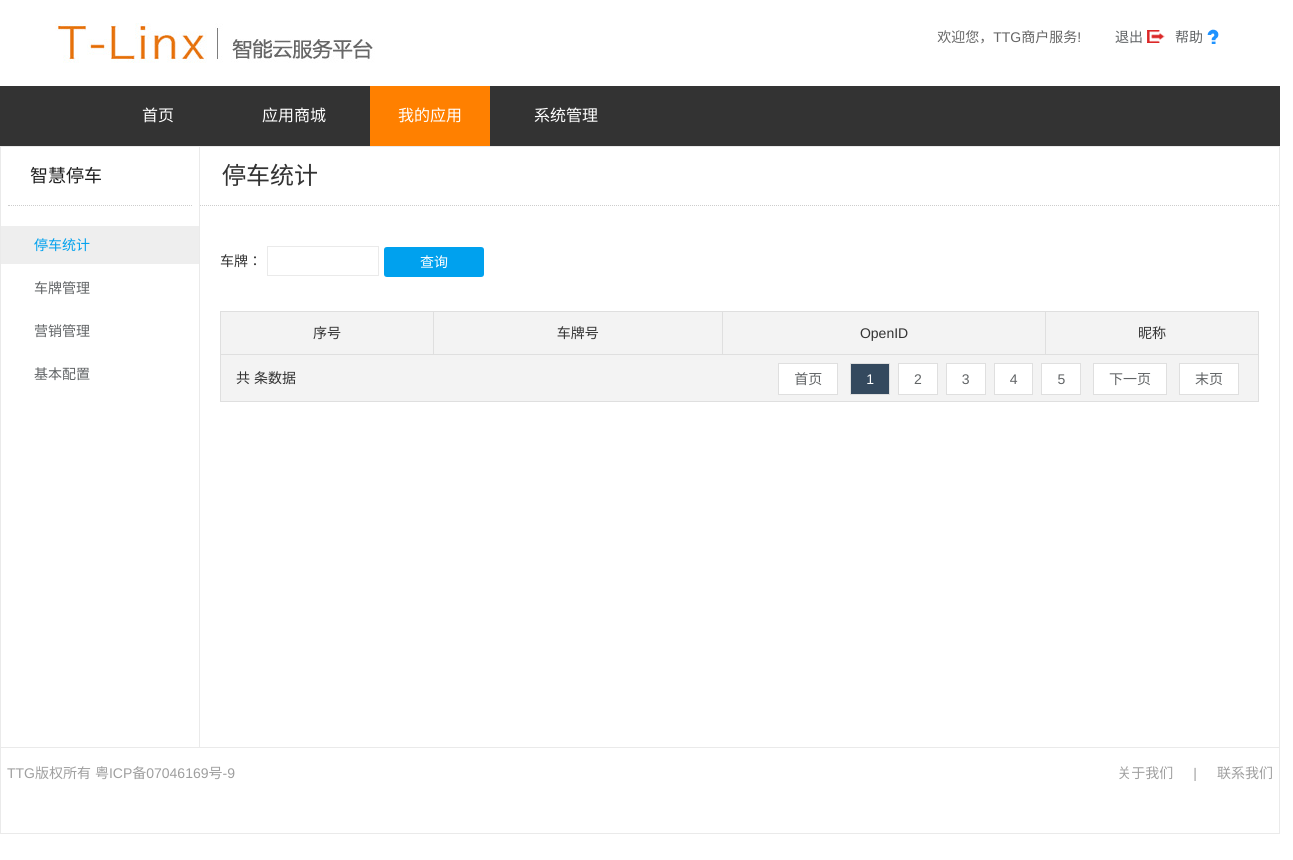
Repository: Keori/ParkCar
Page: admin/商户云/智慧停车/ParkManage.html
An editor plug-in stored every save of this project. The page is shown before and after the next save, followed by the edit.
The browser window is 1280 px wide. The page is 1293 px wide, so the pictures cover 1293 px, including what lies to the right of the window. The pictures show the whole page.
The page's requests for data from a server got no answer.

Above is the page before, as saved 2018-12-24 10:40:01.

### admin/商户云/智慧停车/ParkManage.html
<!DOCTYPE html>
<html lang="en">
<head>
    <meta charset="utf-8">
    <meta name="viewport" content="initial-scale=1.0,width=device-width" />
    <meta name="keywords" content="" />
    <meta name="description" content="" />
    <title>会员卡</title>
    <link href="../css/reset.css" type="text/css" rel="stylesheet"/>
    <link href="../css/layout.css" type="text/css" rel="stylesheet"/>
    <link href="../laydate/laydate.css" type="text/css" rel="stylesheet"/>
    <script type="text/javascript" src="../js/jquery-3.1.1.min.js"></script>
    <script type="text/javascript" src="../js/vue.js"></script>
</head>
<body>
<header class="header index_header">
    <div class="top w1170">
        <div class="logo"><i></i><img src="../images/logo.jpg" alt=""/></div>
        <div class="top_right">欢迎您，TTG商户服务! <span class="icon out_icon"><a href="">退出<code></code></a></span><span class="icon help_icon"><a href="">帮助<code></code></a></span></div>
    </div>

    <menu class="menu">
        <div class="w1170">
            <ul>
                <li><a href="">首页</a></li>
                <li><a href="">应用商城</a></li>
                <li class="on"><a href="">我的应用</a></li>
                <li><a href="">系统管理</a></li>
            </ul>
        </div>
    </menu>
</header>
<section id="content" class="content content1170">
    <aside class="left_con">
        <div class="left_con_tit borderb">智慧停车</div>

        <ul>
            <li class="on"><a href="ParkComputed.html">停车统计</a></li>
            <li><a href="javascript:;">车牌管理</a></li>
            <li>
                <h1><a class='pagetitle' href="javascript:;" @click='ManageType'>营销管理</a><i></i></a>
                <div class='secondary' v-show='type'>
                    <h2 :class="{active:changeGray===1}" @click='change(1)'>
                        <a class='nextselect' href="Manage.html">
                            <span class='blockText'>模板类型</span>
                        </a>
                    </h2>
                    <h2 :class="{active:changeGray===2}" @click='change(2)'>
                        <a class='nextselect' href="Manage2.html">
                            <span class='blockText'>广告类型</span>
                        </a>
                    </h2>
                </div>
            </li>
            <li><a href="Basic.html">基本配置</a></li>
        </ul>
    </aside>
    <section id="boxRight" class="boxRight">
        <div class="boxRight_tit f1 borderb">停车统计</div>
        <article class="boxRightCon">
            <div class="CommonInput viplist_formlist viplist_formlist_1">
                <ul>
                    <li>
                        <span class="name">车牌：</span><input v-model='plateNo' name="text" type="text" style="width:100px;"/>
                    </li>
                    <li>
                        <div class="org_btn"><a @click='Search'>查询</a></div>
                    </li>
                </ul>
            </div>
            <table width="100%" cellpadding="0" cellspacing="0" border="0" class="commonTable commonTable4">
                <tr>
                    <th>序号</th>
                    <th>车牌号</th>
                    <th>OpenID</th>
                    <th>昵称</th>
                </tr>
                <tr v-for='(item,index) in Park' v-show='index<6'>
                    <td>{{index+1}}</td>
                    <td>{{item.plateNo}}</td>
                    <td>{{item.OpenId}}</td>
                    <td>{{item.nickName}}</td>
                </tr>
            </table>
            <div class="bg_f3 page">共 {{pages.pageSize}} 条数据
                <div class="page_right fr">
                    <a href="javascript:;">首页</a>
                    <span v-show='current != 0' @click='current-- && goto(current)'>
                        <a href="#">上一页</a>
                    </span>
                    <span class='itempage'
                        v-for='(paging,index) in items'
                        :key='index'>
                        <a href="javascript:;" :class='{active:current===index}' @click='goto(index)'>{{paging}}</a>
                    </span>
                    <span v-show="allpage != current && allpage != 0 " @click="current++ && goto(current++)">
                        <a href="#">下一页</a>
                    </span>
                    <a href="javascript:;">末页</a>
                </div>
            </div>
        </article>
    </section>
    <footer class="footer">
        <div class="w1000">
            <p class="footer_a fl">TTG版权所有   粤ICP备07046169号-9</p>
            <p class="footer_b fr"><a href="">关于我们</a>|<a href="">联系我们</a></p>
        </div>
    </footer>
</section>
<script  type="text/javascript">
    new Vue({
        el: '#content',
        data(){
            return{
                current: 0,
                showItem:5,
                allpage:13,
                type: false,
                changeGray: '',
                plateNo: '',
                Park: [],
                pages:{},
            }
        },
        computed:{
            items(){
                // const c = this.pages.currPage
                // const t = this.pages.totalPage
                // if(c){
                //     return [1,2,3,4,5]
                // }else if(c >=6){
                //     return ['···',c-1,c,c+1,'···',t]
                // }else{
                //     return [1,2,3,4,5,'···',t]
                // }
                let pag = [];
                if( this.current < this.showItem ){
                    let i = Math.min(this.showItem,this.allpage);
                    while(i){
                        pag.unshift(i--);
                    }
                }else{
                    let middle = this.current - Math.floor(this.showItem / 2 ),
                        i = this.showItem;
                    if( middle >  (this.allpage - this.showItem)  ){
                        middle = (this.allpage - this.showItem) + 1
                    }
                    while(i--){
                        pag.push( middle++ );
                    }
                }
                return pag
            }
        },
        methods:{
            Search(){
                let params = this.plateNo;
                console.log(this.plateNo);
                $.ajax({
                url: 'http://park.ardy0220.top:9999/merchant/car/list',
                type: 'get',
                data: params,
                statusCode:{
                    404:() => {
                        alert('网络错误')
                    }
                },
                success:(params) => {
                    this.Park = params.page.list
                    console.log(this.Park)
                }
            })
            },
            ManageType(){
                if(this.type === false){
                    this.type = true
                }else{
                    this.type = false
                }
            },
            change(num){
                this.changeGray = num
            },
            goto(index){
                if(index == this.current) return;
                this.current = index;
            }
        },
        created(){
            this.Search()
        }
    })
</script>
</body>
<script src="../laydate/laydate.js"></script>
<script>
</script>
<style>
.pagetitle,.nextselect{
    font-weight: normal;
}
.nextselect{
    font-size: 14px;
}
.active{
    background: #EEEEEE
}
.blockText{
    display: block;
    width: 130px;
    height: 37.6px;
    margin: auto;
}
.active{
    background: #34495e !important;
    border-color: #34495e;
    color: #fff;
}
</style>
</html>

### admin/商户云/laydate/laydate.css
/**

 @Name： laydate皮肤：默认
 @Author：贤心
 @Site：http://sentsin.com/layui/laydate

**/

.laydate-icon{border:1px solid #C6C6C6; background-image:url(icon.png)}

.laydate_body .laydate_box,
.laydate_body .laydate_ym,
.laydate_body .laydate_ym .laydate_yms,
.laydate_body .laydate_table,
.laydate_body .laydate_table td,
.laydate_body .laydate_bottom #laydate_hms,
.laydate_body .laydate_time,
.laydate_body .laydate_bottom .laydate_btn a{border:1px solid #ccc;}

.laydate_body .laydate_y .laydate_yms a,
.laydate_body .laydate_choose,
.laydate_body .laydate_table thead,
.laydate_body .laydate_bottom .laydte_hsmtex{background-color:#F6F6F6;}

.laydate_body .laydate_box,
.laydate_body .laydate_ym .laydate_yms,
.laydate_body .laydate_time{box-shadow: 2px 2px 5px rgba(0,0,0,.1);}

.laydate_body .laydate_box{border-top:none; border-bottom:none; background-color:#fff; color:#333;}
.laydate_body .laydate_box input{color:#333;}
.laydate_body .laydate_box .laydate_void{color:#ccc!important; /*text-decoration:line-through;*/}
.laydate_body .laydate_box .laydate_void:hover{background-color:#fff!important}
.laydate_body .laydate_box a, .laydate_body .laydate_box a:hover{color:#333;}
.laydate_body .laydate_box a:hover{color:#666;}
.laydate_body .laydate_click{background-color:#eee!important;}
.laydate_body .laydate_top{border-top:1px solid #C6C6C6;}
.laydate_body .laydate_ym .laydate_yms{border:1px solid #C6C6C6; background-color:#fff;}
.laydate_body .laydate_y .laydate_yms a{border-bottom:1px solid #C6C6C6;}
.laydate_body .laydate_y .laydate_yms .laydate_chdown{border-top:1px solid #C6C6C6; border-bottom:none;}
.laydate_body .laydate_choose{border-left:1px solid #C6C6C6;}
.laydate_body .laydate_chprev{border-left:none; border-right:1px solid #C6C6C6;}
.laydate_body .laydate_choose:hover,
.laydate_body .laydate_y .laydate_yms a:hover{background-color:#fff;}
.laydate_body .laydate_chtop cite{border-bottom-color:#666;}
.laydate_body .laydate_chdown cite, .laydate_body .laydate_ym label{border-top-color:#666;}
.laydate_body .laydate_chprev cite{border-right-style:solid; border-right-color:#666;}
.laydate_body .laydate_chnext cite{border-left-style:solid; border-left-color:#666;}
.laydate_body .laydate_table td{border:none;  height:21px!important; line-height:21px!important; background-color:#fff;}
.laydate_body .laydate_table .laydate_nothis{color:#999;}
.laydate_body .laydate_table thead{height:21px!important; line-height:21px!important;}
.laydate_body .laydate_table thead th{border-bottom:1px solid #ccc;}
.laydate_body .laydate_bottom{border-bottom:1px solid #C6C6C6;}
.laydate_body .laydate_bottom #laydate_hms{background-color:#fff;}
.laydate_body .laydate_time{background-color:#fff;}
.laydate_body .laydate_bottom .laydate_sj{border-right:1px solid #C6C6C6; background-color:#F6F6F6;}
.laydate_body .laydate_bottom input{background-color:#fff;}
.laydate_body .laydate_bottom .laydte_hsmtex{border-bottom:1px solid #C6C6C6;}
.laydate_body .laydate_bottom .laydate_btn{border-right:1px solid #C6C6C6;}
.laydate_body .laydate_bottom .laydate_v{color:#999}
.laydate_body .laydate_bottom .laydate_btn a{border-right:none; background-color:#F6F6F6;}
.laydate_body .laydate_bottom .laydate_btn a:hover{color:#000; background-color:#fff;}

.laydate_body .laydate_m .laydate_yms span:hover,
.laydate_body .laydate_y .laydate_yms ul li:hover,
.laydate_body .laydate_table td:hover,
.laydate_body .laydate_time .laydate_hmsno span:hover{background-color:#F3F3F3}

### admin/商户云/laydate/need/laydate.css
/**

 @Name： laydate 核心样式
 @Author：贤心
 @Site：http://sentsin.com/layui/laydate

**/

html{_background-image:url(about:blank); _background-attachment:fixed;}
.laydate_body .laydate_box, .laydate_body .laydate_box *{margin:0; padding:0;}
.laydate-icon,
.laydate-icon-default,
.laydate-icon-danlan,
.laydate-icon-dahong,
.laydate-icon-molv{height:22px; line-height:22px; padding-right:20px; border:1px solid #C6C6C6; background-repeat:no-repeat; background-position:right center;  background-color:#fff; outline:0;}
.laydate-icon-default{ background-image:url(../skins/default/icon.png)}
.laydate-icon-danlan{border:1px solid #B1D2EC; background-image:url(../skins/danlan/icon.png)}
.laydate-icon-dahong{background-image:url(../skins/dahong/icon.png)}
.laydate-icon-molv{background-image:url(../skins/molv/icon.png)}
.laydate_body .laydate_box{width:240px; font:12px '\5B8B\4F53'; z-index:99999999; *margin:-2px 0 0 -2px; *overflow:hidden; _margin:0; _position:absolute!important; background-color:#fff;}
.laydate_body .laydate_box li{list-style:none;}
.laydate_body .laydate_box .laydate_void{cursor:text!important;}
.laydate_body .laydate_box a, .laydate_body .laydate_box a:hover{text-decoration:none; blr:expression(this.onFocus=this.blur()); cursor:pointer;}
.laydate_body .laydate_box a:hover{text-decoration:none;}
.laydate_body .laydate_box cite, .laydate_body .laydate_box label{position:absolute; width:0; height:0; border-width:5px; border-style:dashed; border-color:transparent; overflow:hidden; cursor:pointer;}
.laydate_body .laydate_box .laydate_yms, .laydate_body .laydate_box .laydate_time{display:none;}
.laydate_body .laydate_box .laydate_show{display:block;}
.laydate_body .laydate_box input{outline:0; font-size:14px; background-color:#fff;}
.laydate_body .laydate_top{position:relative; height:26px; padding:5px; *width:100%; z-index:99;}
.laydate_body .laydate_ym{position:relative; float:left; height:24px; cursor:pointer;}
.laydate_body .laydate_ym input{float:left; height:24px; line-height:24px; text-align:center; border:none; cursor:pointer;}
.laydate_body .laydate_ym .laydate_yms{position:absolute; left: -1px; top: 24px; height:181px;}
.laydate_body .laydate_y{width:121px; margin-right:6px;}
.laydate_body .laydate_y input{width:64px; margin-right:15px;}
.laydate_body .laydate_y .laydate_yms{width:121px; text-align:center;}
.laydate_body .laydate_y .laydate_yms a{position:relative; display:block; height:20px;}
.laydate_body .laydate_y .laydate_yms ul{height:139px; padding:0; *overflow:hidden;}
.laydate_body .laydate_y .laydate_yms ul li{float:left; width:60px; height:20px; line-height: 20px; text-overflow: ellipsis; overflow: hidden; white-space: nowrap;}
.laydate_body .laydate_m{width:99px;}
.laydate_body .laydate_m .laydate_yms{width:99px; padding:0;}
.laydate_body .laydate_m input{width:42px; margin-right:15px;}
.laydate_body .laydate_m .laydate_yms span{display:block; float:left; width:42px; margin: 5px 0 0 5px; line-height:24px; text-align:center; _display:inline;}
.laydate_body .laydate_choose{display:block; float:left; position:relative; width:20px; height:24px;}
.laydate_body .laydate_choose cite, .laydate_body .laydate_tab cite{left:50%; top:50%;}
.laydate_body .laydate_chtop cite{margin:-7px 0 0 -5px; border-bottom-style:solid;}
.laydate_body .laydate_chdown cite, .laydate_body .laydate_ym label{top:50%; margin:-2px 0 0 -5px; border-top-style:solid;}
.laydate_body .laydate_chprev cite{margin:-5px 0 0 -7px;}
.laydate_body .laydate_chnext cite{margin:-5px 0 0 -2px;}
.laydate_body .laydate_ym label{right:28px;}
.laydate_body .laydate_table{ width:230px; margin:0 5px; border-collapse:collapse; border-spacing:0px; }
.laydate_body .laydate_table td{width:31px; height:19px; line-height:19px; text-align: center; cursor:pointer; font-size: 12px;}
.laydate_body .laydate_table thead{height:22px; line-height:22px;}
.laydate_body .laydate_table thead th{font-weight:400; font-size:12px; text-align:center;}
.laydate_body .laydate_bottom{position:relative; height:22px; line-height:20px; padding:5px; font-size:12px;}
.laydate_body .laydate_bottom #laydate_hms{position: relative; z-index: 1; float:left; }
.laydate_body .laydate_time{ position:absolute; left:5px; bottom: 26px; width:129px; height:125px; *overflow:hidden;}
.laydate_body .laydate_time .laydate_hmsno{ padding:5px 0 0 5px;}
.laydate_body .laydate_time .laydate_hmsno span{display:block; float:left; width:24px; height:19px; line-height:19px; text-align:center; cursor:pointer; *margin-bottom:-5px;}
.laydate_body .laydate_time1{width:228px; height:154px;}
.laydate_body .laydate_time1 .laydate_hmsno{padding: 6px 0 0 8px;}
.laydate_body .laydate_time1 .laydate_hmsno span{width:21px; height:20px; line-height:20px;}
.laydate_body .laydate_msg{left:49px; bottom:67px; width:141px; height:auto; overflow: hidden;}
.laydate_body .laydate_msg p{padding:5px 10px;}
.laydate_body .laydate_bottom li{float:left; height:20px; line-height:20px; border-right:none; font-weight:900;}
.laydate_body .laydate_bottom .laydate_sj{width:33px; text-align:center; font-weight:400;}
.laydate_body .laydate_bottom input{float:left; width:21px; height:20px; line-height:20px; border:none; text-align:center; cursor:pointer; font-size:12px;  font-weight:400;}
.laydate_body .laydate_bottom .laydte_hsmtex{height:20px; line-height:20px; text-align:center;}
.laydate_body .laydate_bottom .laydte_hsmtex span{position:absolute; width:20px; top:0; right:0px; cursor:pointer;}
.laydate_body .laydate_bottom .laydte_hsmtex span:hover{font-size:14px;}
.laydate_body .laydate_bottom .laydate_btn{position:absolute; right:5px; top:5px;}
.laydate_body .laydate_bottom .laydate_btn a{float:left; height:20px; padding:0 6px; _padding:0 5px;}
.laydate_body .laydate_bottom .laydate_v{position:absolute; left:10px; top:6px; font-family:Courier; z-index:0;}

### admin/商户云/laydate/skins/default/laydate.css
/**

 @Name： laydate皮肤：默认
 @Author：贤心
 @Site：http://sentsin.com/layui/laydate

**/

.laydate-icon{border:1px solid #C6C6C6; background-image:url(icon.png)}

.laydate_body .laydate_box,
.laydate_body .laydate_ym,
.laydate_body .laydate_ym .laydate_yms,
.laydate_body .laydate_table,
.laydate_body .laydate_table td,
.laydate_body .laydate_bottom #laydate_hms,
.laydate_body .laydate_time,
.laydate_body .laydate_bottom .laydate_btn a{border:1px solid #ccc;}

.laydate_body .laydate_y .laydate_yms a,
.laydate_body .laydate_choose,
.laydate_body .laydate_table thead,
.laydate_body .laydate_bottom .laydte_hsmtex{background-color:#F6F6F6;}

.laydate_body .laydate_box,
.laydate_body .laydate_ym .laydate_yms,
.laydate_body .laydate_time{box-shadow: 2px 2px 5px rgba(0,0,0,.1);}

.laydate_body .laydate_box{border-top:none; border-bottom:none; background-color:#fff; color:#333;}
.laydate_body .laydate_box input{color:#333;}
.laydate_body .laydate_box .laydate_void{color:#ccc!important; /*text-decoration:line-through;*/}
.laydate_body .laydate_box .laydate_void:hover{background-color:#fff!important}
.laydate_body .laydate_box a, .laydate_body .laydate_box a:hover{color:#333;}
.laydate_body .laydate_box a:hover{color:#666;}
.laydate_body .laydate_click{background-color:#eee!important;}
.laydate_body .laydate_top{border-top:1px solid #C6C6C6;}
.laydate_body .laydate_ym .laydate_yms{border:1px solid #C6C6C6; background-color:#fff;}
.laydate_body .laydate_y .laydate_yms a{border-bottom:1px solid #C6C6C6;}
.laydate_body .laydate_y .laydate_yms .laydate_chdown{border-top:1px solid #C6C6C6; border-bottom:none;}
.laydate_body .laydate_choose{border-left:1px solid #C6C6C6;}
.laydate_body .laydate_chprev{border-left:none; border-right:1px solid #C6C6C6;}
.laydate_body .laydate_choose:hover,
.laydate_body .laydate_y .laydate_yms a:hover{background-color:#fff;}
.laydate_body .laydate_chtop cite{border-bottom-color:#666;}
.laydate_body .laydate_chdown cite, .laydate_body .laydate_ym label{border-top-color:#666;}
.laydate_body .laydate_chprev cite{border-right-style:solid; border-right-color:#666;}
.laydate_body .laydate_chnext cite{border-left-style:solid; border-left-color:#666;}
.laydate_body .laydate_table td{border:none;  height:21px!important; line-height:21px!important; background-color:#fff;}
.laydate_body .laydate_table .laydate_nothis{color:#999;}
.laydate_body .laydate_table thead{height:21px!important; line-height:21px!important;}
.laydate_body .laydate_table thead th{border-bottom:1px solid #ccc;}
.laydate_body .laydate_bottom{border-bottom:1px solid #C6C6C6;}
.laydate_body .laydate_bottom #laydate_hms{background-color:#fff;}
.laydate_body .laydate_time{background-color:#fff;}
.laydate_body .laydate_bottom .laydate_sj{border-right:1px solid #C6C6C6; background-color:#F6F6F6;}
.laydate_body .laydate_bottom input{background-color:#fff;}
.laydate_body .laydate_bottom .laydte_hsmtex{border-bottom:1px solid #C6C6C6;}
.laydate_body .laydate_bottom .laydate_btn{border-right:1px solid #C6C6C6;}
.laydate_body .laydate_bottom .laydate_v{color:#999}
.laydate_body .laydate_bottom .laydate_btn a{border-right:none; background-color:#F6F6F6;}
.laydate_body .laydate_bottom .laydate_btn a:hover{color:#000; background-color:#fff;}

.laydate_body .laydate_m .laydate_yms span:hover,
.laydate_body .laydate_y .laydate_yms ul li:hover,
.laydate_body .laydate_table td:hover,
.laydate_body .laydate_time .laydate_hmsno span:hover{background-color:#F3F3F3}

Loaded but not shown: admin/商户云/js/jquery-3.1.1.min.js (library); admin/商户云/js/vue.js (library); admin/商户云/laydate/laydate.js (library); admin/商户云/css/layout.css (845 lines, source omitted); admin/商户云/css/reset.css (322 lines, source omitted)

After the next save:
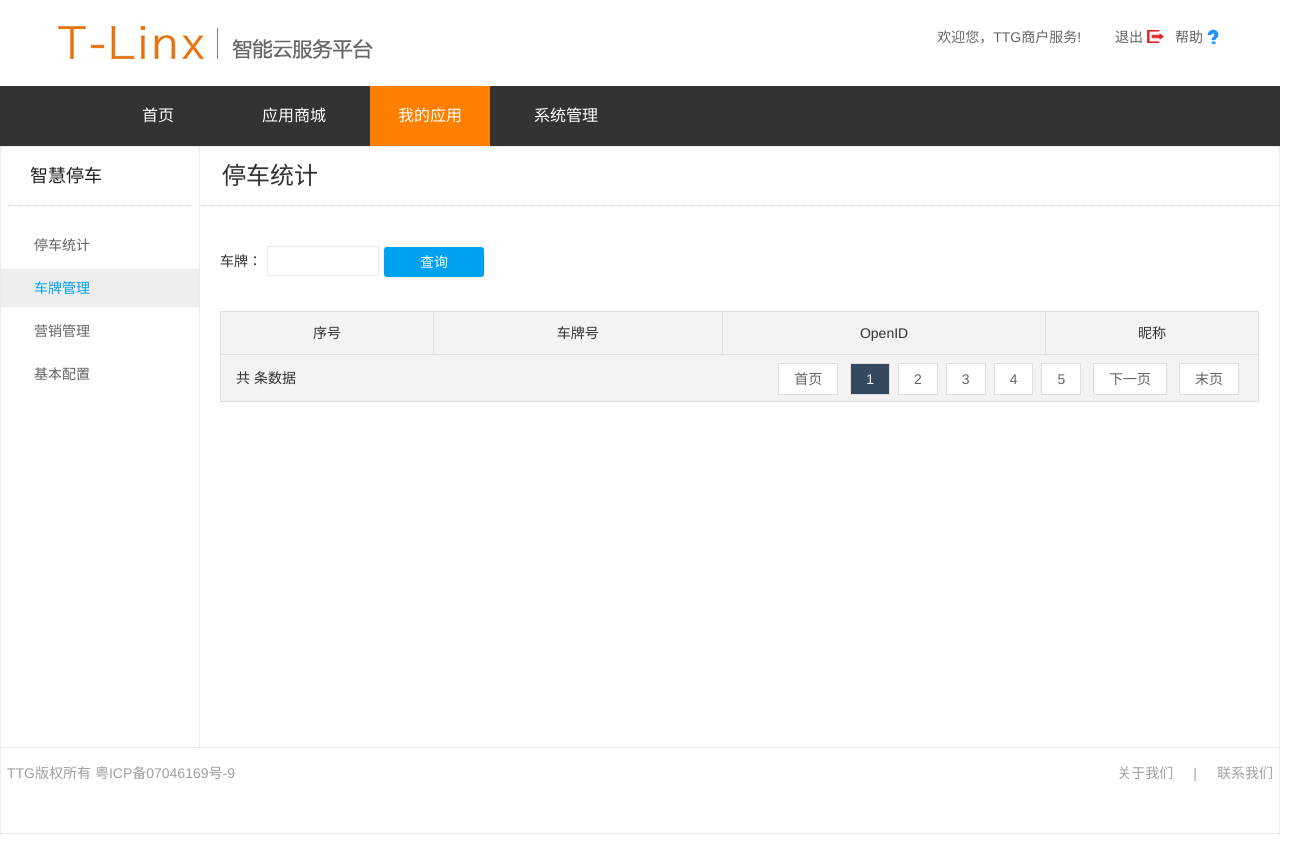
Saved 2 min 26 s later.
--- a/admin/商户云/智慧停车/ParkManage.html
+++ b/admin/商户云/智慧停车/ParkManage.html
@@ -35,8 +35,8 @@
         <div class="left_con_tit borderb">智慧停车</div>
 
         <ul>
-            <li class="on"><a href="ParkComputed.html">停车统计</a></li>
-            <li><a href="javascript:;">车牌管理</a></li>
+            <li><a href="ParkComputed.html">停车统计</a></li>
+            <li class="on"><a href="javascript:;">车牌管理</a></li>
             <li>
                 <h1><a class='pagetitle' href="javascript:;" @click='ManageType'>营销管理</a><i></i></a>
                 <div class='secondary' v-show='type'>
